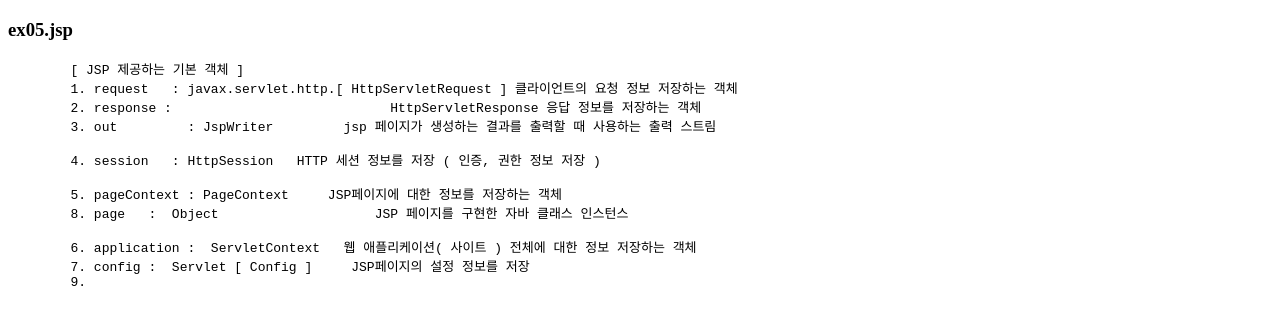
Repository: JavaYoo/kakao-emoticon-web-clone
Page: http://localhost/jspPro/days04/ex05.jsp
These files come from the project's save history. The page is drawn as it stood at one moment and after the next save; the edit follows.
The browser window is 1280 px wide. The pictures show the whole page.
The page is served by Tomcat 9. Other server files are loaded and not shown.

Above is the page before, as saved 2022-06-17 05:52:43.

### jspPro/src/main/webapp/days04/ex05.jsp
<%@ page contentType="text/html; charset=UTF-8" pageEncoding="UTF-8"%>
<!DOCTYPE html>
<html>
<head>
<meta charset="UTF-8">
<meta name="viewport" content="width=device-width, initial-scale=1.0">
<title>2022. 6. 17. - 오후 2:45:22</title>
<link rel="shortcut icon "type = "image/x-icon" href = "../images/SiSt.ico">
<script src="https://ajax.googleapis.com/ajax/libs/jquery/3.6.0/jquery.min.js"></script>
</head>
<body>

<h3>ex05.jsp</h3>

<pre>
	[ JSP 제공하는 기본 객체 ]
	1. request   : javax.servlet.http.[ HttpServletRequest ] 클라이언트의 요청 정보 저장하는 객체
	2. response :                            HttpServletResponse 응답 정보를 저장하는 객체
	3. out         : JspWriter         jsp 페이지가 생성하는 결과를 출력할 때 사용하는 출력 스트림

	4. session   : HttpSession   HTTP 세션 정보를 저장 ( 인증, 권한 정보 저장 )

	5. pageContext : PageContext     JSP페이지에 대한 정보를 저장하는 객체
	8. page   :  Object                    JSP 페이지를 구현한 자바 클래스 인스턴스

	6. application :  ServletContext   웹 애플리케이션( 사이트 ) 전체에 대한 정보 저장하는 객체
	7. config :  Servlet [ Config ]     JSP페이지의 설정 정보를 저장
	9.
</pre>

</body>
</html>

After the next save:
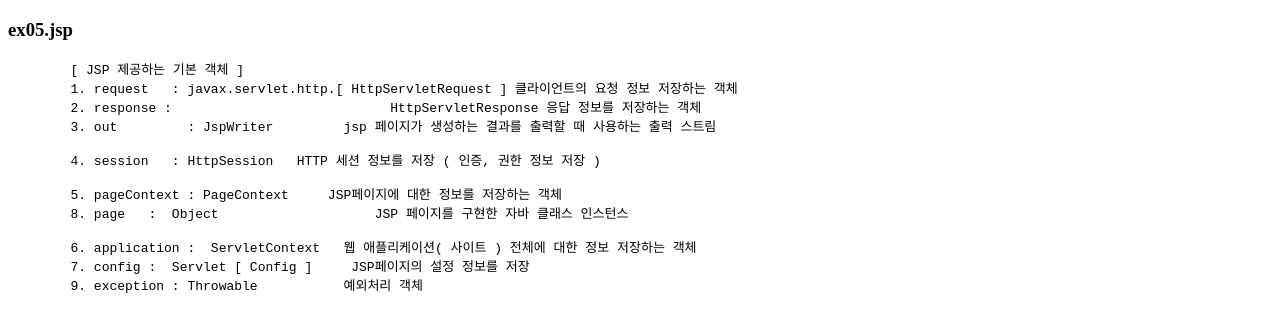
Saved 38 s later.
--- a/jspPro/src/main/webapp/days04/ex05.jsp
+++ b/jspPro/src/main/webapp/days04/ex05.jsp
@@ -25,7 +25,7 @@
 
 	6. application :  ServletContext   웹 애플리케이션( 사이트 ) 전체에 대한 정보 저장하는 객체
 	7. config :  Servlet [ Config ]     JSP페이지의 설정 정보를 저장
-	9.
+	9. exception : Throwable           예외처리 객체
 </pre>
 
 </body>
